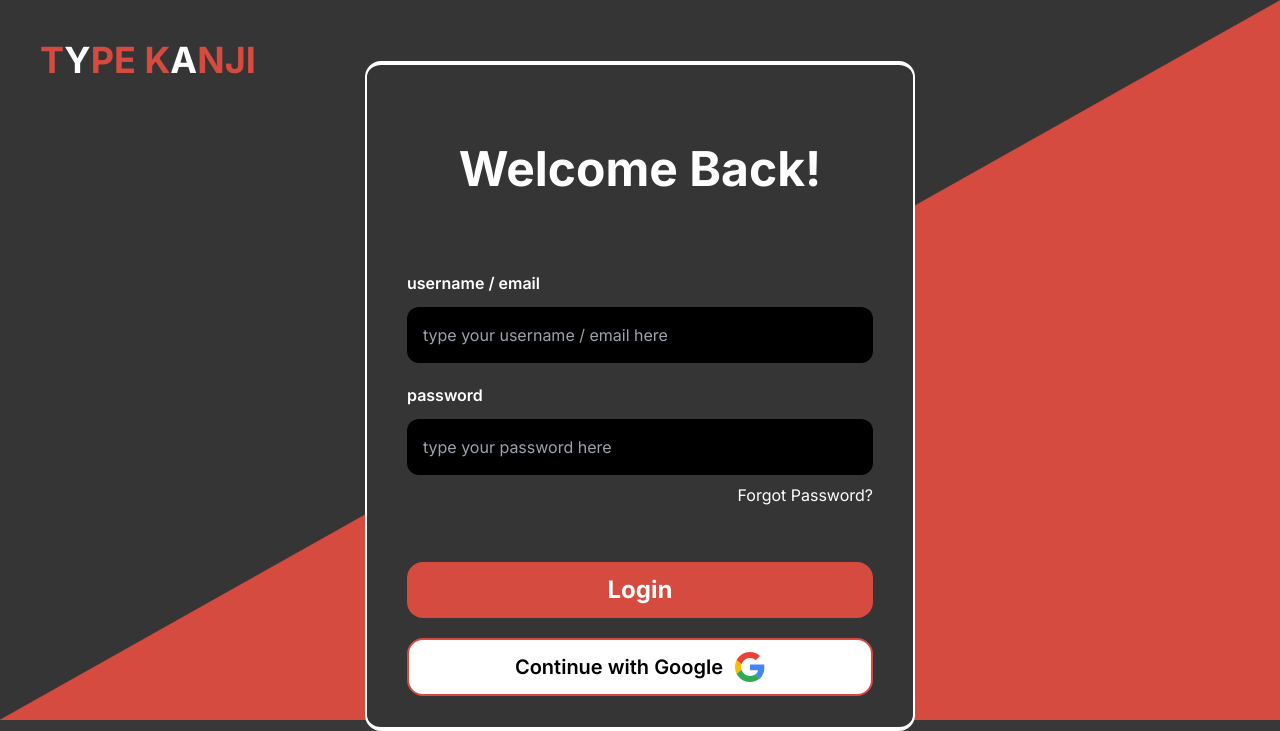
Repository: theUnrealSamurai/kanjikyoushi-frontend
Page: /login (app in type-kanji/)
An editor plug-in stored every save of this project. The page is shown before and after the next save, followed by the edit.
The browser window is 1280 px wide. The pictures show the whole page.
The project was rebuilt for these pictures with package versions that can differ from the ones it lists, and the page was loaded fresh each time. The framework's server and built-in components were replaced by stand-ins that run in the browser. Also part of the build but not shown: type-kanji/next.config.mjs.

Above is the page before, as saved 2024-09-01 20:29:45.

After the next save:
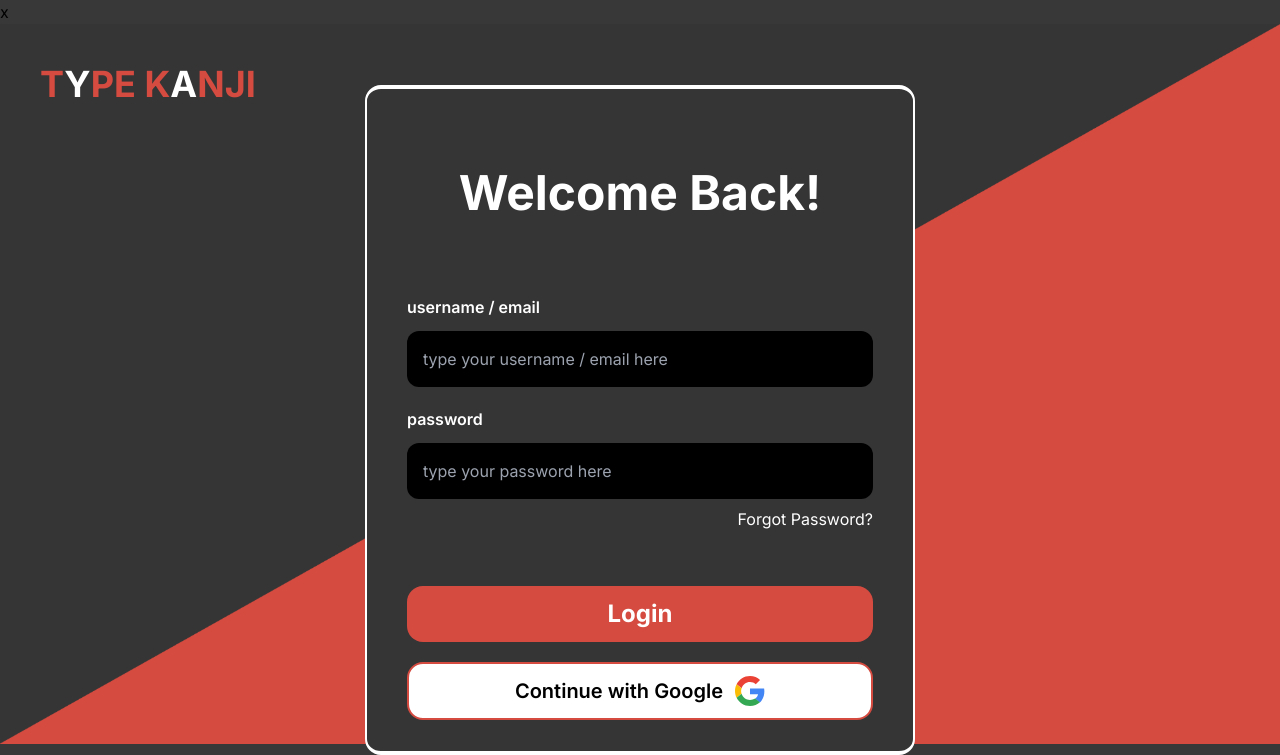
Saved 5 s later.
--- a/type-kanji/app/layout.js
+++ b/type-kanji/app/layout.js
@@ -15,19 +15,7 @@ export default function RootLayout({ children }) {
   return (
     <html lang="en">
       <body className={`bg-[#393838] ${inter.className}`}>
-        <ToastContainer
-          position="top-center"
-          autoClose={5000}
-          hideProgressBar={false}
-          newestOnTop={false}
-          closeOnClick
-          rtl={false}
-          pauseOnFocusLoss
-          draggable
-          pauseOnHover
-          theme="dark"
-          transition="Bounce"
-        />
+        x
         {children}
       </body>
     </html>
